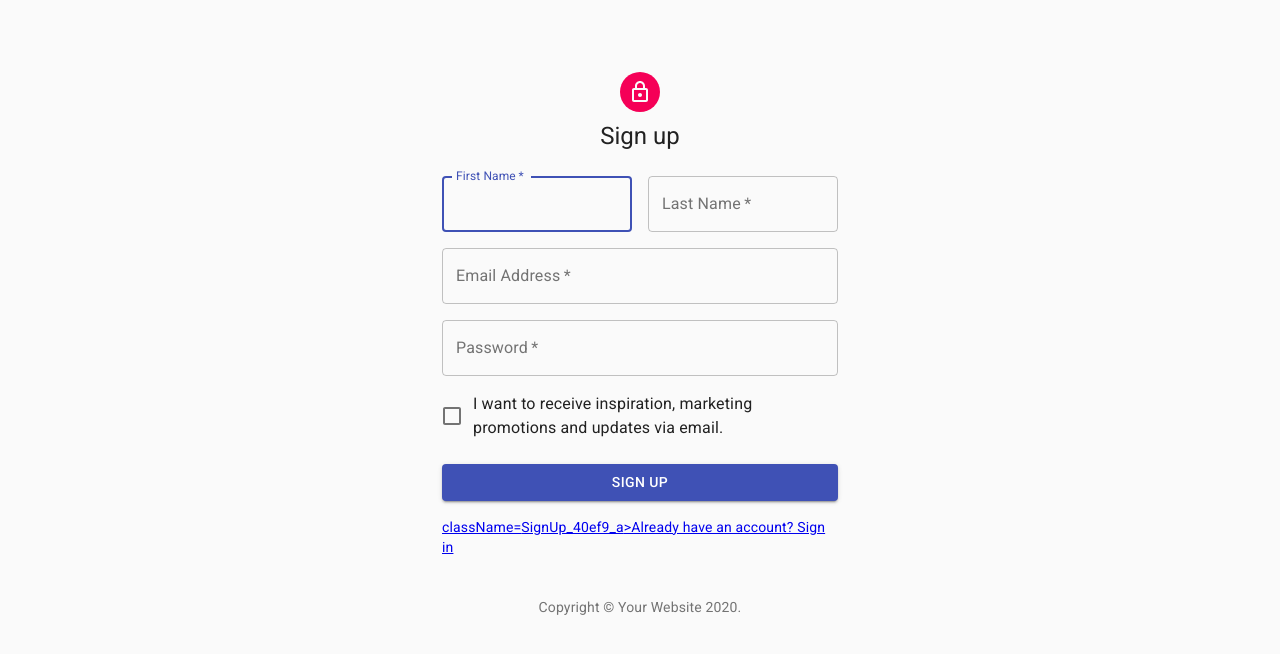
Repository: mk1020/Daily-Bot
Page: /signup
An editor plug-in stored every save of this project. The page is shown before and after the next save, followed by the edit.
The browser window is 1280 px wide. The pictures show the whole page.
The project was rebuilt for these pictures with package versions that can differ from the ones it lists, and the page was loaded fresh each time. Also part of the build but not shown: src/components/SignIn/SignIn.module.css, src/components/SignIn/SignIn.js, src/App.module.css.

Above is the page before, as saved 2020-03-10 19:16:32.

### public/index.html
<!DOCTYPE html>
<html lang="en">
  <head>
    <meta charset="utf-8" />
    <link rel="icon" href="%PUBLIC_URL%/favicon.ico" />
    <meta name="viewport" content="width=device-width, initial-scale=1" />
    <meta name="theme-color" content="#000000" />
    <meta
      name="description"
      content="Web site created using create-react-app"
    />
    <link rel="apple-touch-icon" href="%PUBLIC_URL%/logo192.png" />
    <!--
      manifest.json provides metadata used when your web app is installed on a
      user's mobile device or desktop. See https://developers.google.com/web/fundamentals/web-app-manifest/
    -->
    <link rel="manifest" href="%PUBLIC_URL%/manifest.json" />
    <link rel="stylesheet" href="https://fonts.googleapis.com/css?family=Roboto:300,400,500,700&display=swap" />
    <link rel="stylesheet" href="https://fonts.googleapis.com/icon?family=Material+Icons" />
    <!--
      Notice the use of %PUBLIC_URL% in the tags above.
      It will be replaced with the URL of the `public` folder during the build.
      Only files inside the `public` folder can be referenced from the HTML.

      Unlike "/favicon.ico" or "favicon.ico", "%PUBLIC_URL%/favicon.ico" will
      work correctly both with client-side routing and a non-root public URL.
      Learn how to configure a non-root public URL by running `npm run build`.
    -->
    <title>React App</title>
  </head>
  <body>
    <noscript>You need to enable JavaScript to run this app.</noscript>
<!--     <script src="/node_modules/amazon-cognito-identity-js/dist/amazon-cognito-identity.min.js"></script>
 -->    <div id="root"></div>
    <!--
      This HTML file is a template.
      If you open it directly in the browser, you will see an empty page.

      You can add webfonts, meta tags, or analytics to this file.
      The build step will place the bundled scripts into the <body> tag.

      To begin the development, run `npm start` or `yarn start`.
      To create a production bundle, use `npm run build` or `yarn build`.
    -->
  </body>
</html>

### src/index.tsx
import React from 'react';
import ReactDOM from 'react-dom';
import './index.css';
import App from './App';
import * as serviceWorker from './serviceWorker';
import Amplify from 'aws-amplify';
import awsconfig from './aws-exports';
import { BrowserRouter } from 'react-router-dom';

Amplify.configure(awsconfig);

ReactDOM.render(
	<BrowserRouter>
		<App />
	</BrowserRouter>,
	document.getElementById('root')
);

// If you want your app to work offline and load faster, you can change
// unregister() to register() below. Note this comes with some pitfalls.
// Learn more about service workers: https://bit.ly/CRA-PWA
serviceWorker.unregister();

### src/App.tsx
import React, { useState } from 'react';
import { API, graphqlOperation } from 'aws-amplify';
import { createPost } from './graphql/mutations';
import { getPost } from './graphql/queries';
import SignIn from './components/SignIn/SignIn';
import SignUp from './components/SignUp/SignUp';
import { Route } from 'react-router-dom';
import './App.module.css';
import {signInUser, signUpUser, forgotPassword} from './api/aws-cognito';

/* signUpUser("mmmffjs7438g@gmail.com", 'Mike', "Mm123456").then((success)=> {
	console.log("seccess registration", success);

})
 */
/* signInUser("mmmffjs7438g@gmail.com", "Mm1234456").then((success)=>{
	console.log("seccess login", success);
}) */

forgotPassword("mmmffjs7438g@gmail.cosSm").then((success)=>{
	console.log("forgor succes", success);
}, (err)=>console.log("err",err))

const App = () => {
	const [title, setTitle] = useState('');

	const addTitle = async () => {
		await API.graphql(
			graphqlOperation(createPost, { input: { id: 2, title: title } })
		);
		setTitle('');
	};

	const getPosts = async () => {
		const allPosts = await API.graphql(graphqlOperation(getPost, { id: 2 }));
		console.log('all posts', allPosts);
		debugger;
	};
	return (
		<div className="App">
			<Route exact path="/" render={() => <SignIn />} />
			<Route exact path="/signup" render={() => <SignUp />} />
		</div>
	);
};

export default App;

### src/aws-exports.js
// WARNING: DO NOT EDIT. This file is automatically generated by AWS Amplify. It will be overwritten.

const awsmobile = {
  "aws_project_region": 'eu-central-1',
  "aws_appsync_graphqlEndpoint":
    'https://ap4hlsdpt5b7ngmlotm2y5wqmq.appsync-api.eu-central-1.amazonaws.com/graphql',
  "aws_appsync_region": 'eu-central-1',
  "aws_appsync_authenticationType": 'API_KEY',
  "aws_appsync_apiKey": 'da2-utrcdmiqmbdr7ktnyik7n5y3xe',
 "aws_appsync_dangerously_connect_to_http_endpoint_for_testing": true,
};

export default awsmobile;

### src/graphql/mutations.ts
// tslint:disable
// this is an auto generated file. This will be overwritten

export const createBlog = /* GraphQL */ `
  mutation CreateBlog(
    $input: CreateBlogInput!
    $condition: ModelBlogConditionInput
  ) {
    createBlog(input: $input, condition: $condition) {
      id
      name
      posts {
        items {
          id
          title
        }
        nextToken
      }
    }
  }
`;
export const updateBlog = /* GraphQL */ `
  mutation UpdateBlog(
    $input: UpdateBlogInput!
    $condition: ModelBlogConditionInput
  ) {
    updateBlog(input: $input, condition: $condition) {
      id
      name
      posts {
        items {
          id
          title
        }
        nextToken
      }
    }
  }
`;
export const deleteBlog = /* GraphQL */ `
  mutation DeleteBlog(
    $input: DeleteBlogInput!
    $condition: ModelBlogConditionInput
  ) {
    deleteBlog(input: $input, condition: $condition) {
      id
      name
      posts {
        items {
          id
          title
        }
        nextToken
      }
    }
  }
`;
export const createPost = /* GraphQL */ `
  mutation CreatePost(
    $input: CreatePostInput!
    $condition: ModelPostConditionInput
  ) {
    createPost(input: $input, condition: $condition) {
      id
      title
      blog {
        id
        name
        posts {
          nextToken
        }
      }
      comments {
        items {
          id
          content
        }
        nextToken
      }
    }
  }
`;
export const updatePost = /* GraphQL */ `
  mutation UpdatePost(
    $input: UpdatePostInput!
    $condition: ModelPostConditionInput
  ) {
    updatePost(input: $input, condition: $condition) {
      id
      title
      blog {
        id
        name
        posts {
          nextToken
        }
      }
      comments {
        items {
          id
          content
        }
        nextToken
      }
    }
  }
`;
export const deletePost = /* GraphQL */ `
  mutation DeletePost(
    $input: DeletePostInput!
    $condition: ModelPostConditionInput
  ) {
    deletePost(input: $input, condition: $condition) {
      id
      title
      blog {
        id
        name
        posts {
          nextToken
        }
      }
      comments {
        items {
          id
          content
        }
        nextToken
      }
    }
  }
`;
export const createComment = /* GraphQL */ `
  mutation CreateComment(
    $input: CreateCommentInput!
    $condition: ModelCommentConditionInput
  ) {
    createComment(input: $input, condition: $condition) {
      id
      content
      post {
        id
        title
        blog {
          id
          name
        }
        comments {
          nextToken
        }
      }
    }
  }
`;
export const updateComment = /* GraphQL */ `
  mutation UpdateComment(
    $input: UpdateCommentInput!
    $condition: ModelCommentConditionInput
  ) {
    updateComment(input: $input, condition: $condition) {
      id
      content
      post {
        id
        title
        blog {
          id
          name
        }
        comments {
          nextToken
        }
      }
    }
  }
`;
export const deleteComment = /* GraphQL */ `
  mutation DeleteComment(
    $input: DeleteCommentInput!
    $condition: ModelCommentConditionInput
  ) {
    deleteComment(input: $input, condition: $condition) {
      id
      content
      post {
        id
        title
        blog {
          id
          name
        }
        comments {
          nextToken
        }
      }
    }
  }
`;

### src/graphql/queries.ts
// tslint:disable
// this is an auto generated file. This will be overwritten

export const getBlog = /* GraphQL */ `
  query GetBlog($id: ID!) {
    getBlog(id: $id) {
      id
      name
      posts {
        items {
          id
          title
        }
        nextToken
      }
    }
  }
`;
export const listBlogs = /* GraphQL */ `
  query ListBlogs(
    $filter: ModelBlogFilterInput
    $limit: Int
    $nextToken: String
  ) {
    listBlogs(filter: $filter, limit: $limit, nextToken: $nextToken) {
      items {
        id
        name
        posts {
          nextToken
        }
      }
      nextToken
    }
  }
`;
export const getPost = /* GraphQL */ `
  query GetPost($id: ID!) {
    getPost(id: $id) {
      id
      title
      blog {
        id
        name
        posts {
          nextToken
        }
      }
      comments {
        items {
          id
          content
        }
        nextToken
      }
    }
  }
`;
export const listPosts = /* GraphQL */ `
  query ListPosts(
    $filter: ModelPostFilterInput
    $limit: Int
    $nextToken: String
  ) {
    listPosts(filter: $filter, limit: $limit, nextToken: $nextToken) {
      items {
        id
        title
        blog {
          id
          name
        }
        comments {
          nextToken
        }
      }
      nextToken
    }
  }
`;
export const getComment = /* GraphQL */ `
  query GetComment($id: ID!) {
    getComment(id: $id) {
      id
      content
      post {
        id
        title
        blog {
          id
          name
        }
        comments {
          nextToken
        }
      }
    }
  }
`;
export const listComments = /* GraphQL */ `
  query ListComments(
    $filter: ModelCommentFilterInput
    $limit: Int
    $nextToken: String
  ) {
    listComments(filter: $filter, limit: $limit, nextToken: $nextToken) {
      items {
        id
        content
        post {
          id
          title
        }
      }
      nextToken
    }
  }
`;

### src/components/SignUp/SignUp.js
import React from 'react';
import Avatar from '@material-ui/core/Avatar';
import Button from '@material-ui/core/Button';
import CssBaseline from '@material-ui/core/CssBaseline';
import TextField from '@material-ui/core/TextField';
import FormControlLabel from '@material-ui/core/FormControlLabel';
import Checkbox from '@material-ui/core/Checkbox';
import Link from '@material-ui/core/Link';
import Grid from '@material-ui/core/Grid';
import Box from '@material-ui/core/Box';
import LockOutlinedIcon from '@material-ui/icons/LockOutlined';
import Typography from '@material-ui/core/Typography';
import { makeStyles } from '@material-ui/core/styles';
import Container from '@material-ui/core/Container';
import { NavLink } from 'react-router-dom';
import styles from './SignUp.module.css';

function Copyright() {
	return (
		<Typography variant="body2" color="textSecondary" align="center">
			{'Copyright © '}
			<Link color="inherit" href="https://material-ui.com/">
				Your Website
			</Link>{' '}
			{new Date().getFullYear()}
			{'.'}
		</Typography>
	);
}

const useStyles = makeStyles(theme => ({
	paper: {
		marginTop: theme.spacing(8),
		display: 'flex',
		flexDirection: 'column',
		alignItems: 'center',
	},
	avatar: {
		margin: theme.spacing(1),
		backgroundColor: theme.palette.secondary.main,
	},
	form: {
		width: '100%', // Fix IE 11 issue.
		marginTop: theme.spacing(3),
	},
	submit: {
		margin: theme.spacing(3, 0, 2),
	},
}));

export default function SignUp() {
	const classes = useStyles();

	return (
		<Container component="main" maxWidth="xs">
			<CssBaseline />
			<div className={classes.paper}>
				<Avatar className={classes.avatar}>
					<LockOutlinedIcon />
				</Avatar>
				<Typography component="h1" variant="h5">
					Sign up
				</Typography>
				<form className={classes.form} noValidate>
					<Grid container spacing={2}>
						<Grid item xs={12} sm={6}>
							<TextField
								autoComplete="fname"
								name="firstName"
								variant="outlined"
								required
								fullWidth
								id="firstName"
								label="First Name"
								autoFocus
							/>
						</Grid>
						<Grid item xs={12} sm={6}>
							<TextField
								variant="outlined"
								required
								fullWidth
								id="lastName"
								label="Last Name"
								name="lastName"
								autoComplete="lname"
							/>
						</Grid>
						<Grid item xs={12}>
							<TextField
								variant="outlined"
								required
								fullWidth
								id="email"
								label="Email Address"
								name="email"
								autoComplete="email"
							/>
						</Grid>
						<Grid item xs={12}>
							<TextField
								variant="outlined"
								required
								fullWidth
								name="password"
								label="Password"
								type="password"
								id="password"
								autoComplete="current-password"
							/>
						</Grid>
						<Grid item xs={12}>
							<FormControlLabel
								control={<Checkbox value="allowExtraEmails" color="primary" />}
								label="I want to receive inspiration, marketing promotions and updates via email."
							/>
						</Grid>
					</Grid>
					<Button
						type="submit"
						fullWidth
						variant="contained"
						color="primary"
						className={classes.submit}
					>
						Sign Up
					</Button>
					<Grid container justify="flex-end">
						<Grid item>
							<NavLink to="/">
								<div> className={styles.a}>Already have an account? Sign in </div>
							</NavLink>
						</Grid>
					</Grid>
				</form>
			</div>
			<Box mt={5}>
				<Copyright />
			</Box>
		</Container>
	);
}

### src/api/aws-cognito.ts
import { resolve, promises } from 'dns';
import {
	CognitoUserPool,
	CognitoUserAttribute,
	CognitoUser,
	AuthenticationDetails,
} from 'amazon-cognito-identity-js';
import * as AWS from 'aws-sdk/global';

const REGION = 'eu-central-1';
const UserPoolId = 'eu-central-1_7VyHQApew';

type poolData = {
	UserPoolId: string;
	ClientId: string;
};
type userData = {
	Username: string;
	Pool: any;
};
const poolData: poolData = {
	UserPoolId: UserPoolId,
	ClientId: '2sqov0b8nuk4mhtfjoackulf0n',
};
const userPool = new CognitoUserPool(poolData);

export const signUpUser = (email: string, name: string, password: string) => {
	const signUpPromise = new Promise((resolve, reject) => {
		const attributeList = [];
		const Email = {
			Name: 'email',
			Value: email,
		};
		const Name = {
			Name: 'name',
			Value: name,
		};

		attributeList.push(new CognitoUserAttribute(Email));
		attributeList.push(new CognitoUserAttribute(Name));

		userPool.signUp(Email.Value, password, attributeList, null, (err, result) => {
			if (err) console.log(err);
			else {
				resolve(Email.Value);
				console.log(result);
			}
		});
	});
	return signUpPromise;
};

export const signInUser = (email: string, password: string) => {
	const signInPromise = new Promise((resolve, reject) => {
		const authenticationDetails = new AuthenticationDetails({
			Username: email,
			Password: password,
		});
		const USERPOOL: string =
			'cognito-idp.' + REGION + '.amazonaws.com/' + UserPoolId;

		const userData: userData = {
			Username: email,
			Pool: userPool,
		};
		const cognitoUser = new CognitoUser(userData);
		cognitoUser.authenticateUser(authenticationDetails, {
			onSuccess: result => {
				const accessToken = result.getAccessToken().getJwtToken();
				AWS.config.region = REGION;
				AWS.config.credentials = new AWS.CognitoIdentityCredentials({
					IdentityPoolId: 'eu-central-1:c70bbba3-4025-4c6a-b1b3-ab90bd7ee7ad',
					Logins: {
						[USERPOOL]: result.getIdToken().getJwtToken(),
					},
				});
				(AWS.config.credentials as AWS.CognitoIdentityCredentials).refresh(
					error => {
						if (error) console.log(error);
						else console.log('Successfully logged!');
					}
				);
			},
			onFailure: err => {
				alert(err.message || JSON.stringify(err));
			},
		});
	});
	return signInPromise;
};

export const forgotPassword =async (email: string) => {
 const  forgotPasswordPromise = new Promise((resolve, reject) => {
		const userData: userData = {
			Username: email,
			Pool: userPool,
		};
		const cognitoUser = new CognitoUser(userData);

		cognitoUser.forgotPassword({
			onSuccess: result => {
				console.log("forgot result",result)
				/* debugger
				resolve({ cognitoUser: cognitoUser,  }); */
			},
			onFailure: (err)=> {reject(err)},
			inputVerificationCode: (data)=> {
				/* resolve({cognitoUser: cognitoUser, thirdArg: this}) */
			}
		});
	});
	return forgotPasswordPromise;
};

### src/components/SignUp/SignUp.module.css
.a {
	color:#2F56AF;
  }

Loaded but not shown: src/index.css (common file); src/serviceWorker.ts (common file)

After the next save:
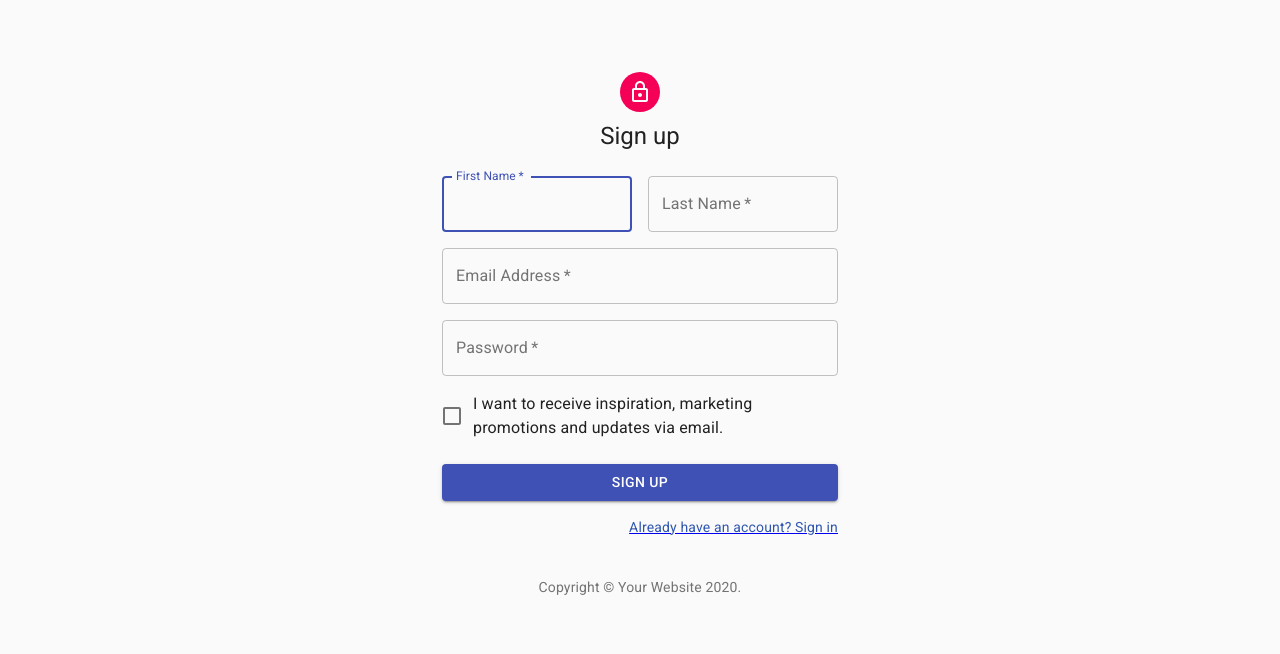
Saved 69 s later.
--- a/src/components/SignUp/SignUp.js
+++ b/src/components/SignUp/SignUp.js
@@ -128,7 +128,7 @@ export default function SignUp() {
 					<Grid container justify="flex-end">
 						<Grid item>
 							<NavLink to="/">
-								<div> className={styles.a}>Already have an account? Sign in </div>
+								<div className={styles.a}>Already have an account? Sign in </div>
 							</NavLink>
 						</Grid>
 					</Grid>
